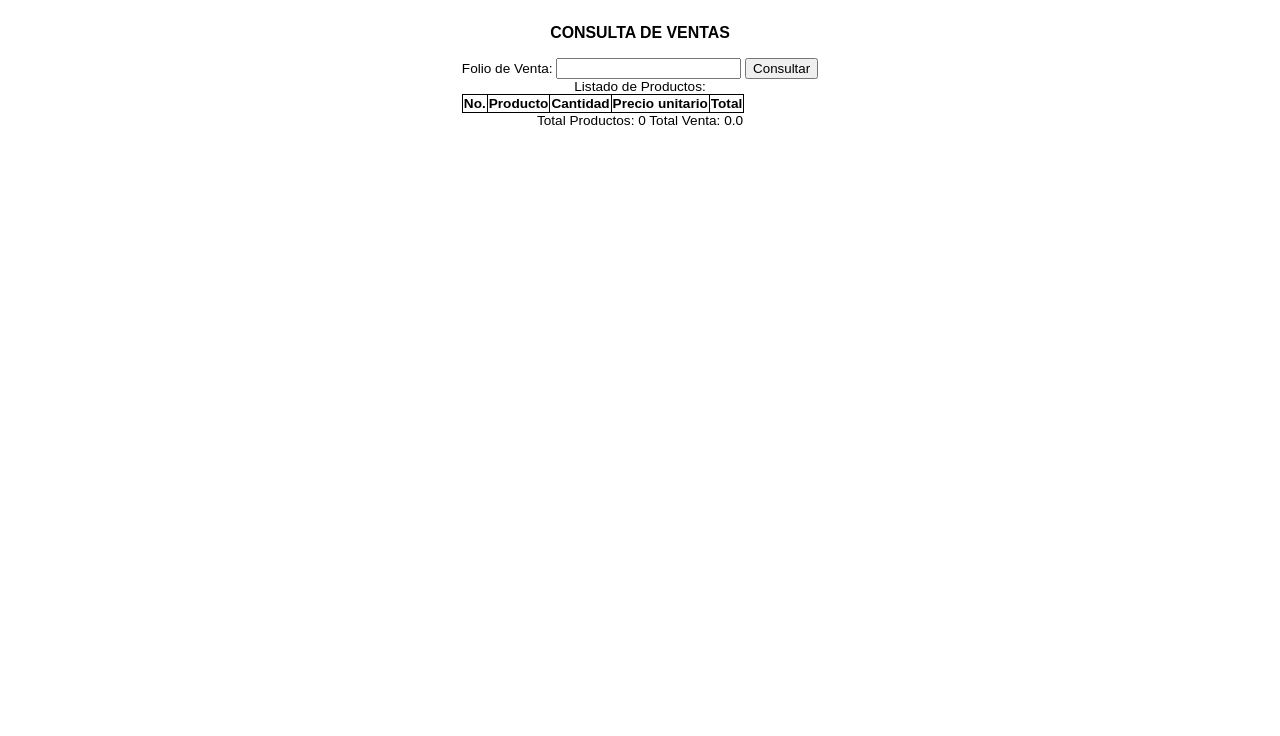
Repository: juanmondragonc/torre-project
Page: http://localhost/torre/sales
The author's editor kept a copy of each file at every save. The page is drawn from the files as they stood at one save, then again after the next save.
The browser window is 1280 px wide. The pictures show the whole page.
The page is served by Tomcat 9. The session is filled in as if someone had signed in: {"username": "testuser"}. Other server files are loaded and not shown. Queries for data that is not in the repository find no rows.

Above is the page before, as saved 2022-08-10 20:53:20.

### torre/src/main/webapp/index.jsp
<%@ taglib prefix="c" uri="http://java.sun.com/jsp/jstl/core" %>
<%@ page language="java" contentType="text/html; charset=UTF-8" pageEncoding="UTF-8"%>
<%
	if(session.getAttribute("username")==null){
		response.sendRedirect("login.jsp");
	}
%>

<!DOCTYPE html>
<html>
<head>
	<link rel="stylesheet" href="css/style.css">
</head>
<body>
	<div class="container">
		<div class="center">
			<h3>CONSULTA DE VENTAS</h3>
			<form method="get" action="sales">
				<label>Folio de Venta:</label>
				<input type="text" name="invoice" id="invoice" />
				<input type="submit" value="Consultar"/>
			</form>
			<label>Listado de Productos:</label>
			<table>
			  <tr>
			    <th>No.</th>
			    <th>Producto</th>
			    <th>Cantidad</th>
			    <th>Precio unitario</th>
			    <th>Total</th>
			  </tr>
				<c:forEach var="product" items="${Products}">
					<tr>
						<td>${product.pos}</td>
						<td>${product.product}</td>
						<td>${product.quantity}</td>
						<td>${product.price}</td>
						<td>${product.quantity * product.price}</td>
					</tr>
			  	</c:forEach>
			</table>
			<label>Total Productos: <c:out value="${Items}"/></label>
			<label>Total Venta: <c:out value="${Sale}"/></label>
		</div>
	</div>
</body>
</html>

### torre/src/main/java/com/torre/sales/SalesServlet.java
package com.torre.sales;

import java.io.IOException;
import java.sql.Connection;
import java.sql.DriverManager;
import java.sql.PreparedStatement;
import java.sql.ResultSet;
import java.util.ArrayList;
import java.util.List;

import javax.servlet.ServletException;
import javax.servlet.annotation.WebServlet;
import javax.servlet.http.HttpServlet;
import javax.servlet.http.HttpServletRequest;
import javax.servlet.http.HttpServletResponse;

import com.torre.model.Invoice;

@WebServlet("/sales")
public class SalesServlet extends HttpServlet {
	private static final long serialVersionUID = 1L;

    /**
     * @see HttpServlet#HttpServlet()
     */
    public SalesServlet() {
        super();
        // TODO Auto-generated constructor stub
    }

	/**
	 * @see HttpServlet#doGet(HttpServletRequest request, HttpServletResponse response)
	 */
	protected void doGet(HttpServletRequest request, HttpServletResponse response) throws ServletException, IOException {
		String invoice = request.getParameter("invoice");
		try {
			Class.forName("com.mysql.cj.jdbc.Driver");
			Connection conn = DriverManager.getConnection("jdbc:mysql://localhost:3306/torre_project","root","");
			PreparedStatement query = conn.prepareStatement("SELECT * FROM tb_sales WHERE invoice = ?");
			query.setString(1, invoice);
			ResultSet result = query.executeQuery();
			List<Invoice> list = new ArrayList<>();
			int pos = 1;
			int items = 0;
			float sale = 0;
			while (result.next()) {
				Invoice inv = new Invoice();
				inv.setId(result.getInt(1));
				inv.setPos(pos++);
				inv.setInvoice(result.getInt(2));
				inv.setProduct(result.getString(3));
				inv.setQuantity(result.getInt(4));
				inv.setPrice(result.getFloat(5));
				list.add(inv);
				items = items + result.getInt(4);
				sale = sale + (result.getInt(4) * result.getFloat(5));
			}
			request.setAttribute("Products", list);
			request.setAttribute("Items", items);
			request.setAttribute("Sale", sale);
			request.getRequestDispatcher("index.jsp").forward(request, response);

		}catch (Exception e){
			e.printStackTrace();
		}
	}

	/**
	 * @see HttpServlet#doPost(HttpServletRequest request, HttpServletResponse response)
	 */
	protected void doPost(HttpServletRequest request, HttpServletResponse response) throws ServletException, IOException {
		// TODO Auto-generated method stub
		doGet(request, response);
	}

}

### torre/src/main/webapp/css/style.css
 body {
 	font-family: sans-serif;
 	font-size: 0.85em;
}
 .container {
 	height: 100vh;
 	width: auto;
 	justify-content: center;
 	display: flex;
 }
 table, th, td {
	border: 1px solid black;
	border-collapse: collapse;
}
.form-group {
 	position: relative;
 	margin-bottom: 10px;
	overflow: hidden;
}
.section-login{
	padding-left: 15px;
	width: 40vh;
	height:22vh;
	background-color: #e7e6e6;
	border-style: solid;
  	border-color: #92a8d1;
}
.col-25 {
	float: left;
	width: 25%;
}
.col-75 {
	float: left;
	width: 75%;
}
.center{
	align-items:center;
	text-align: center;
}

After the next save:
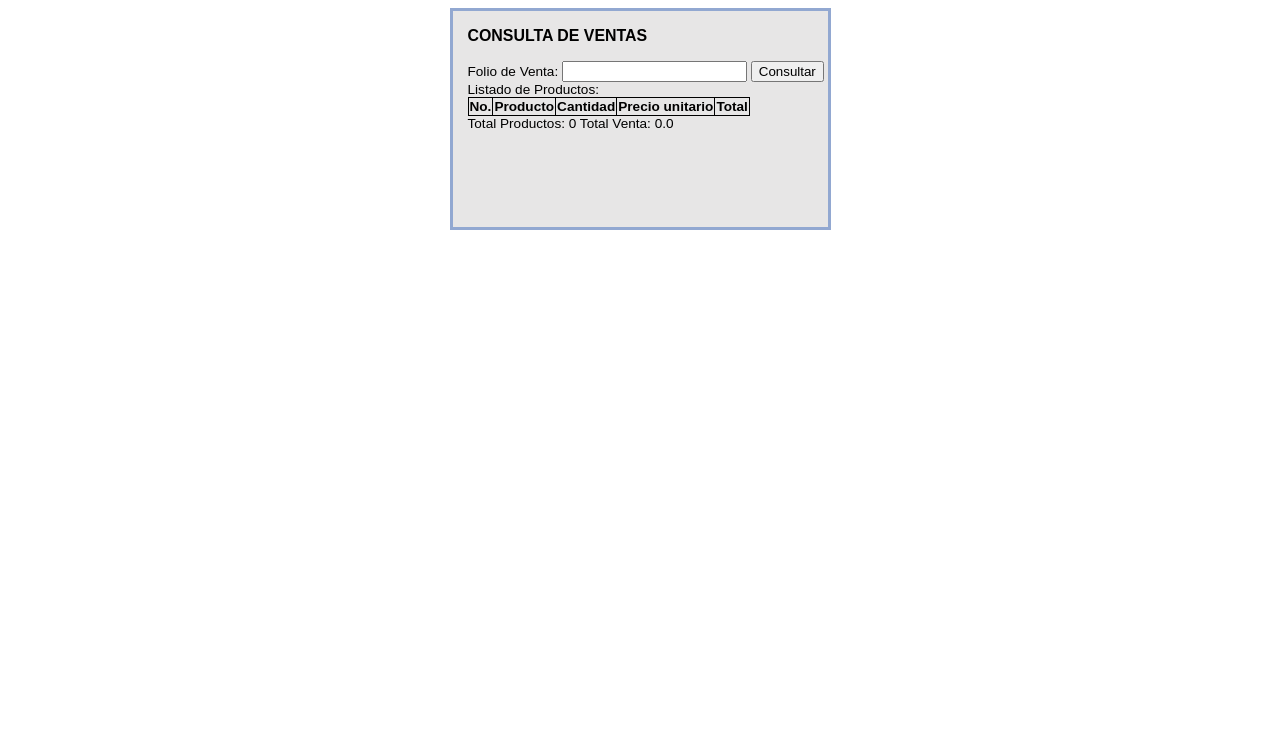
Saved 68 s later.
--- a/torre/src/main/webapp/index.jsp
+++ b/torre/src/main/webapp/index.jsp
@@ -13,7 +13,7 @@
 </head>
 <body>
 	<div class="container">
-		<div class="center">
+		<div class="section-sale">
 			<h3>CONSULTA DE VENTAS</h3>
 			<form method="get" action="sales">
 				<label>Folio de Venta:</label>
--- a/torre/src/main/webapp/css/style.css
+++ b/torre/src/main/webapp/css/style.css
@@ -25,6 +25,14 @@
 	border-style: solid;
   	border-color: #92a8d1;
 }
+.section-sale{
+	padding-left: 15px;
+	width: 50vh;
+	height:30vh;
+	background-color: #e7e6e6;
+	border-style: solid;
+  	border-color: #92a8d1;
+}
 .col-25 {
 	float: left;
 	width: 25%;
